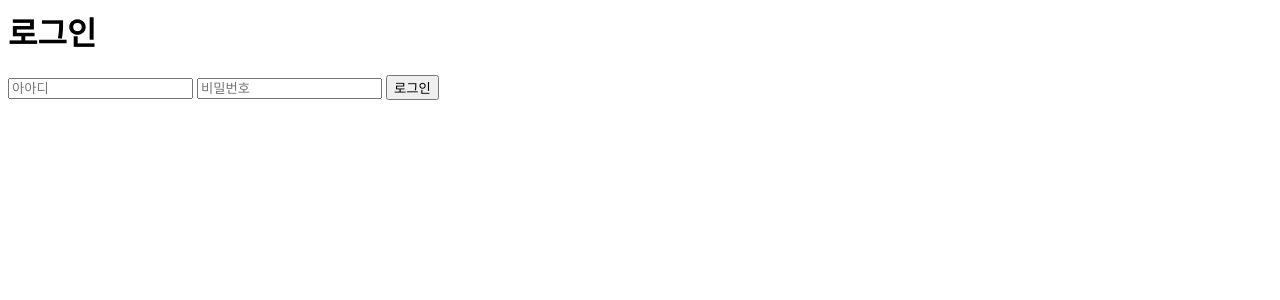
Repository: haegoal/web
Page: http://localhost/shop/user/login.jsp
An editor plug-in stored every save of this project. The page is shown before and after the next save, followed by the edit.
The browser window is 1280 px wide. The pictures show the whole page.
The page is served by Tomcat 9.

Above is the page before, as saved 2023-08-09 02:07:39.
Console error: ReferenceError: $ is not defined

After the next save:
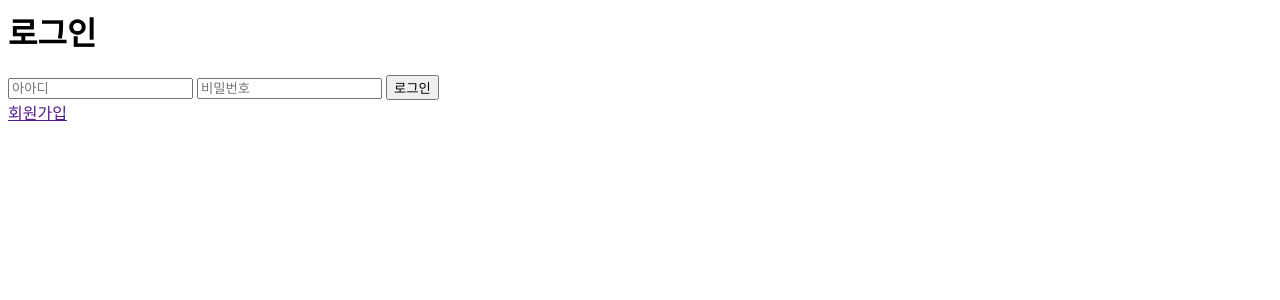
Saved 8 min 15 s later.
--- a/shop/src/main/webapp/user/login.jsp
+++ b/shop/src/main/webapp/user/login.jsp
@@ -8,6 +8,9 @@
 			<input class="form-control mb-3" placeholder="아아디" name="uid">
 			<input type="password" class="form-control mb-3" placeholder="비밀번호" name="upass">
 			<button class="btn btn-primary w-100">로그인</button>
+			<div class="text-end">
+				<a href="">회원가입</a>
+			</div>
 			</div>
 		</form>
 	</div>
